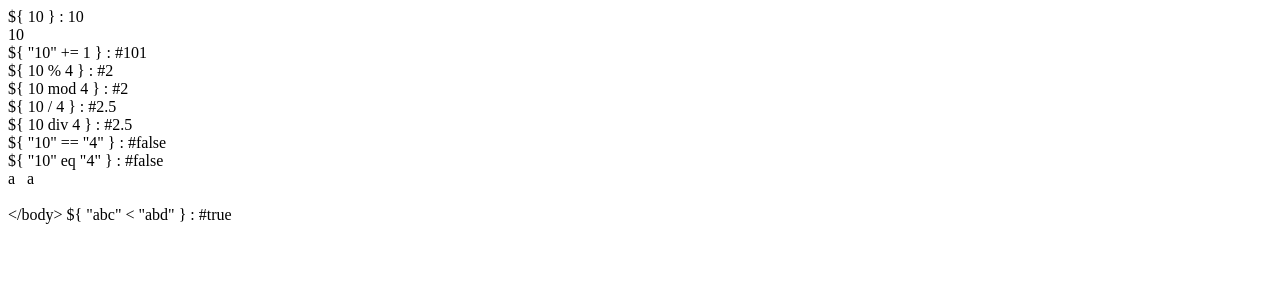
Repository: SeongYeonYun/HUMAN_SQL1
Page: http://localhost/proj4-jsp/el_3.jsp
These files come from the project's save history. The page is drawn as it stood at one moment and after the next save; the edit follows.
The browser window is 1280 px wide. The pictures show the whole page.
The page is served by Tomcat 9.

Above is the page before, as saved 2025-08-22 01:11:18.

### workspace_java/proj4-jsp/src/main/webapp/el_3.jsp
<%@ page language="java" contentType="text/html; charset=UTF-8"
    pageEncoding="UTF-8"%>
<!DOCTYPE html>
<html>
<head>
<meta charset="UTF-8">
<title>Insert title here</title>
<script>
	const count = 3;
	const sum = 30;
	console.log('합은 ${sum} 개수는 \${count}'); <!-- el태그로 인식함 -->
</script>
</head>
<body>
<%-- ${}는 표시 안된다 --%>
<!-- el은 계산할때 문자를 숫자로 바꾼다 -->
\${ 10 } : ${ 10 } <br>
10<br>
<%-- \${ "10" + 1 } : #${ "10" + 1 } <br> --%>
<%-- \${ "10" + "s" } : #${ "10" + "s" } <br>  문자끼리의 연산은 안된다.에러가 나면 에러가 나는 부분을 에러로그 중앙에
보여주는 경우가 많다. --%>

\${ "10" += 1 } : #${ "10"+=  1 } <br>
\${ 10 % 4 } : #${  10 % 4 } <br>
\${ 10 mod 4 } : #${  10 mod 4 } <br> <!-- 나머지 -->

\${ 10 / 4 } : #${  10 / 4 } <br>
\${ 10 div 4 } : #${  10 div 4 } <br>
\${ "10" == "4" } : #${  "10" == "4" } <br>
\${ "10" eq "4" } : #${  "10" eq "4" } <br>
a&nbsp;&nbsp; a<br><br>

&lt;/body&gt <!-- 태그 출력하는법 -->

<!-- ne : 같지 않다. not (eq), gt : 크다 작다, nbsp : 띄어쓰기   -->

\${ "abc" < "abd" } : #${ "abc" < "abd" } <br>


</body>
</html>

After the next save:
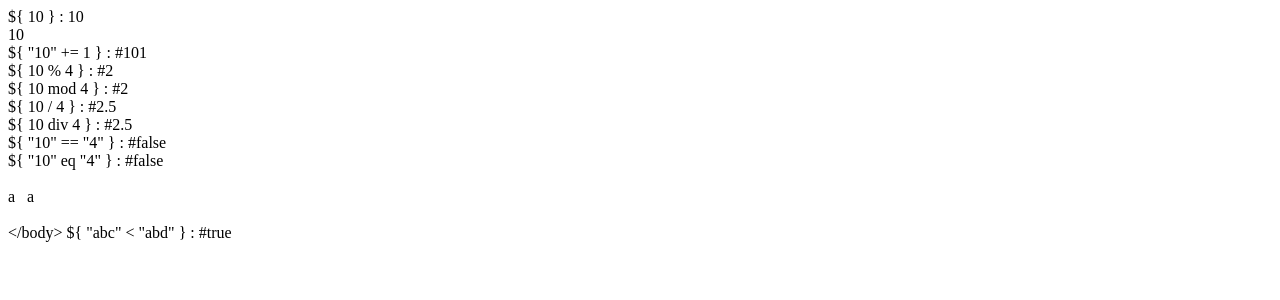
Saved 10 s later.
--- a/workspace_java/proj4-jsp/src/main/webapp/el_3.jsp
+++ b/workspace_java/proj4-jsp/src/main/webapp/el_3.jsp
@@ -27,7 +27,7 @@
 \${ 10 / 4 } : #${  10 / 4 } <br>
 \${ 10 div 4 } : #${  10 div 4 } <br>
 \${ "10" == "4" } : #${  "10" == "4" } <br>
-\${ "10" eq "4" } : #${  "10" eq "4" } <br>
+\${ "10" eq "4" } : #${  "10" eq "4" } <br><br>
 a&nbsp;&nbsp; a<br><br>
 
 &lt;/body&gt <!-- 태그 출력하는법 -->
